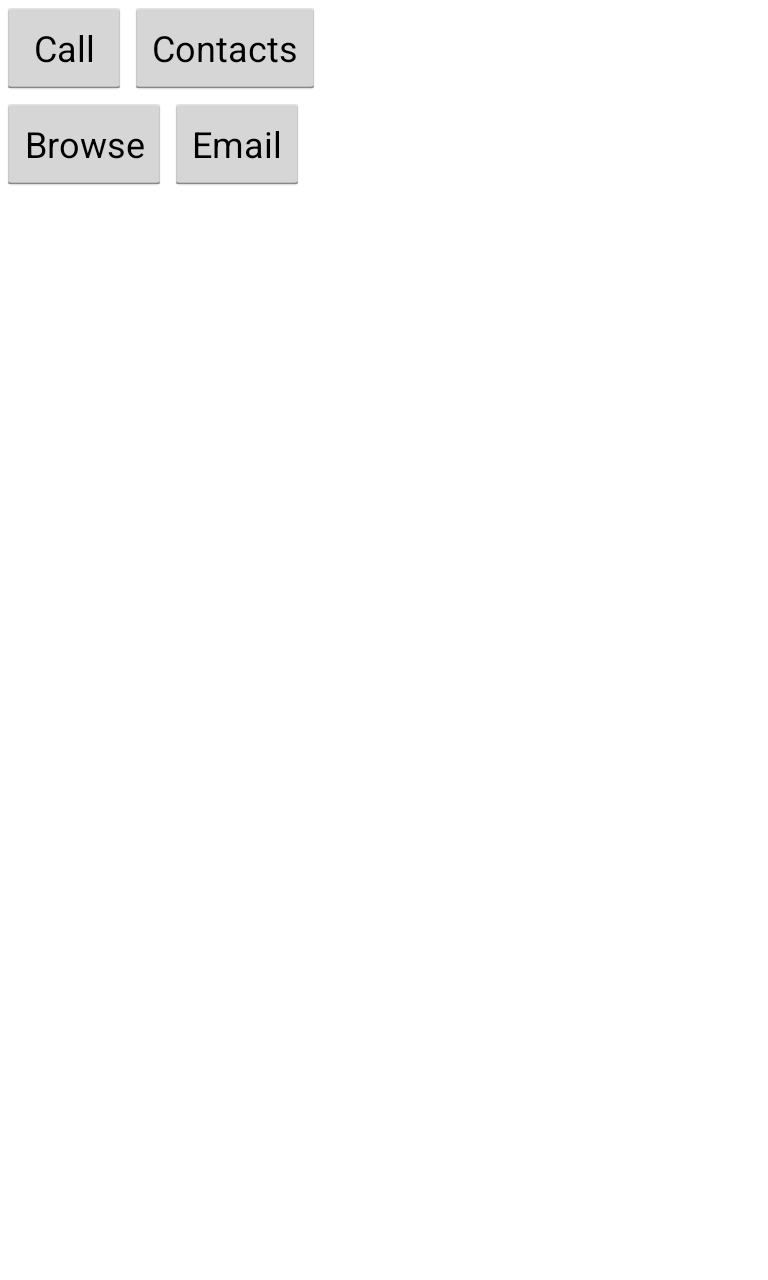
Repository: AnithaGorli/Android
Layout: ImplicitIntentApplication/res/layout/implicitintent.xml
An editor plug-in stored every save of this project. The layout is shown before and after the next save, followed by the edit.
It is drawn on a 768 x 1280 px phone screen (xhdpi) without system bars, with theme AppTheme; the app's code is not run.

Above is the layout before, as saved 2014-09-10 10:08:10.

After the next save:
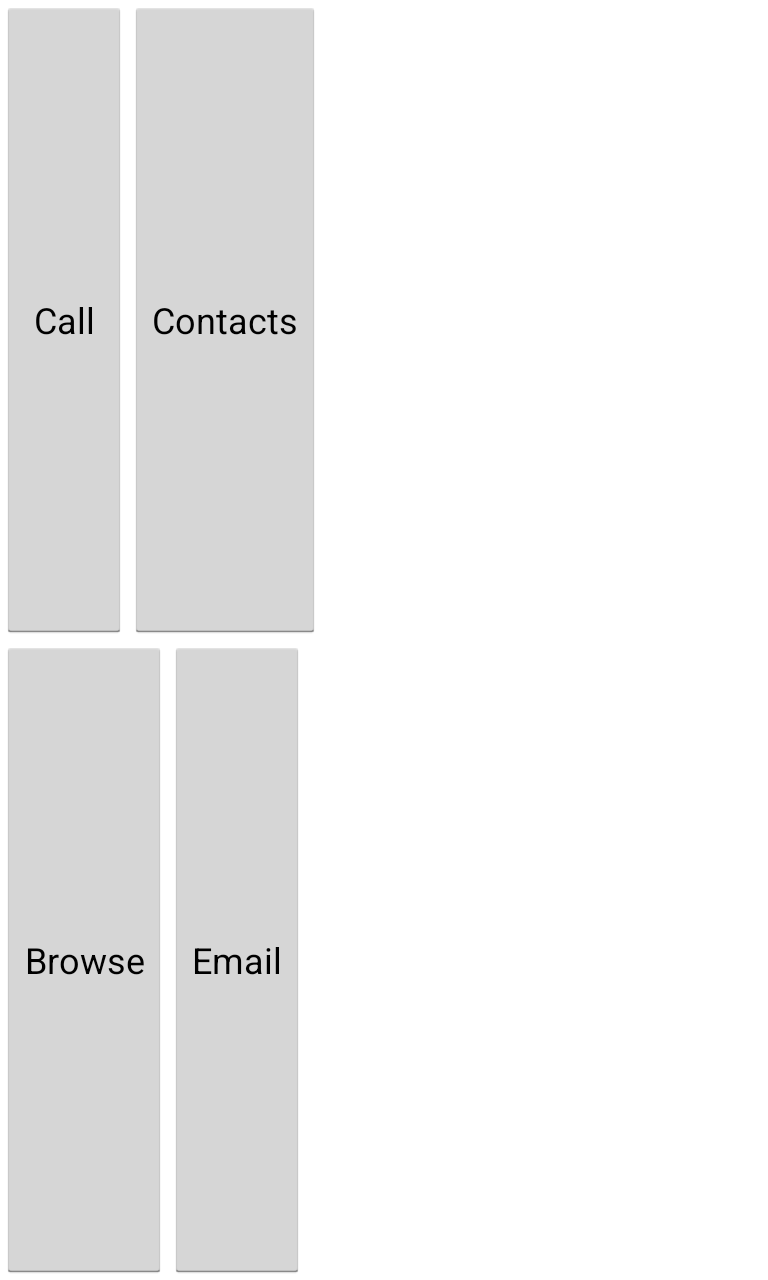
Saved 55 s later.
--- a/ImplicitIntentApplication/res/layout/implicitintent.xml
+++ b/ImplicitIntentApplication/res/layout/implicitintent.xml
@@ -2,14 +2,17 @@
 <LinearLayout xmlns:android="http://schemas.android.com/apk/res/android"
     android:layout_width="match_parent"
     android:layout_height="match_parent"
-    android:orientation="vertical" >
+    android:orientation="vertical"
+    android:weightSum="2">
 
 
     <LinearLayout
         android:id="@+id/l1"
          android:layout_width="match_parent"
     android:layout_height="wrap_content"
-    android:orientation="horizontal" >
+    android:orientation="horizontal"
+    android:layout_weight="1"
+     >
     <Button
          android:id="@+id/call_btn"
           android:layout_width="wrap_content"
@@ -32,7 +35,8 @@
         android:id="@+id/l2"
          android:layout_width="match_parent"
     android:layout_height="wrap_content"
-    android:orientation="horizontal" >
+    android:orientation="horizontal"
+    android:layout_weight="1" >
 
     <Button
          android:id="@+id/browse_btn"
